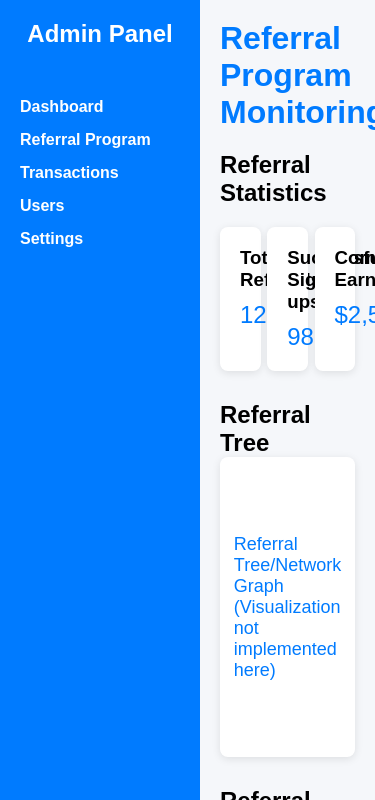
Repository: 2025silverx/slivedrX
Page: indesx3.html
An editor plug-in stored every save of this project. The page is shown before and after the next save, followed by the edit.
The browser window is 375 px wide. The pictures show the whole page.
An inner scrolling area shows only its first screen.

Above is the page before, as saved 2025-01-05 00:14:33.

### indesx3.html
<!DOCTYPE html>
<html lang="en">
<head>
    <meta charset="UTF-8">
    <meta name="viewport" content="width=device-width, initial-scale=1.0">
    <title>Referral Program Monitoring</title>
    <link rel="stylesheet" href="style3.css">
    <!-- Include Chart.js for graphs -->
    <script src="https://cdn.jsdelivr.net/npm/chart.js"></script>
</head>
<body>
    <div class="sidebar">
        <h2>Admin Panel</h2>
        <ul class="sidebar-links">
            <li><a href="#">Dashboard</a></li>
            <li><a href="#">Referral Program</a></li>
            <li><a href="#">Transactions</a></li>
            <li><a href="#">Users</a></li>
            <li><a href="#">Settings</a></li>
        </ul>
    </div>

    <div class="main-content">
        <h1>Referral Program Monitoring</h1>

        <!-- Referral Statistics Section -->
        <section class="referral-statistics">
            <h2>Referral Statistics</h2>
            <div class="statistics">
                <div class="stat-box">
                    <h3>Total Referrals</h3>
                    <p>123</p>
                </div>
                <div class="stat-box">
                    <h3>Successful Sign-ups</h3>
                    <p>98</p>
                </div>
                <div class="stat-box">
                    <h3>Commissions Earned</h3>
                    <p>$2,500</p>
                </div>
            </div>
        </section>

        <!-- Referral Tree/Network Graph -->
        <section class="referral-tree">
            <h2>Referral Tree</h2>
            <div id="networkGraph" class="network-graph">
                <!-- A simple visualization can be added with a plugin like d3.js or cytoscape.js -->
                <p>Referral Tree/Network Graph (Visualization not implemented here)</p>
            </div>
        </section>

        <!-- Referral Performance Graphs -->
        <section class="graphs">
            <h2>Referral Program Performance</h2>
            <div class="graph-container">
                <div class="graph-box">
                    <h3>Total Commissions Earned</h3>
                    <canvas id="commissionsChart"></canvas>
                </div>
                <div class="graph-box">
                    <h3>Active Referrals</h3>
                    <canvas id="referralsChart"></canvas>
                </div>
                <div class="graph-box">
                    <h3>Referral Performance Over Time</h3>
                    <canvas id="performanceChart"></canvas>
                </div>
            </div>
        </section>
    </div>

    <script src="script3.js"></script>
</body>
</html>

### style3.css
/* Reset some default styles */
* {
    margin: 0;
    padding: 0;
    box-sizing: border-box;
}

/* Body and container styles */
body {
    font-family: Arial, sans-serif;
    display: flex;
    height: 100vh;
    background-color: #f5f7fa;
}

/* Sidebar styles */
.sidebar {
    width: 250px;
    background-color: #007bff;
    color: white;
    padding: 20px;
    display: flex;
    flex-direction: column;
    position: sticky;
    top: 0;
}

.sidebar h2 {
    margin-bottom: 20px;
    text-align: center;
}

.sidebar-links {
    list-style: none;
    margin-top: 30px;
}

.sidebar-links li {
    margin-bottom: 15px;
}

.sidebar-links a {
    text-decoration: none;
    color: white;
    font-weight: bold;
}

.sidebar-links a:hover {
    color: #f0f0f0;
}

/* Main content area */
.main-content {
    flex: 1;
    padding: 30px;
    overflow-y: auto;
}

h1 {
    color: #007bff;
    margin-bottom: 20px;
}

/* Referral statistics styles */
.referral-statistics {
    margin-bottom: 30px;
}

.referral-statistics h2 {
    margin-bottom: 20px;
    font-size: 24px;
}

.statistics {
    display: flex;
    justify-content: space-between;
}

.stat-box {
    background-color: #ffffff;
    padding: 20px;
    width: 30%;
    border-radius: 8px;
    box-shadow: 0 2px 8px rgba(0, 0, 0, 0.1);
    text-align: center;
}

.stat-box h3 {
    margin-bottom: 10px;
}

.stat-box p {
    font-size: 24px;
    color: #007bff;
}

/* Referral tree/network graph styles */
.referral-tree {
    margin-bottom: 30px;
}

.network-graph {
    background-color: #ffffff;
    padding: 20px;
    border-radius: 8px;
    box-shadow: 0 2px 8px rgba(0, 0, 0, 0.1);
    height: 300px;
    display: flex;
    justify-content: center;
    align-items: center;
}

.network-graph p {
    font-size: 18px;
    color: #007bff;
}

/* Graph containers */
.graphs {
    margin-top: 30px;
}

.graph-container {
    display: flex;
    justify-content: space-between;
    gap: 30px;
}

.graph-box {
    background-color: #ffffff;
    padding: 20px;
    width: 30%;
    border-radius: 8px;
    box-shadow: 0 2px 8px rgba(0, 0, 0, 0.1);
}

.graph-box h3 {
    margin-bottom: 10px;
    font-size: 20px;
}

canvas {
    width: 100%;
    height: 200px;
}

/* Responsive styles */
@media (max-width: 768px) {
    .sidebar {
        width: 200px;
    }

    .main-content {
        padding: 20px;
    }

    .graph-container {
        flex-direction: column;
        gap: 20px;
    }

    .graph-box {
        width: 100%;
    }
}

### script3.js
// Data for the graphs
const commissionsData = {
    labels: ['January', 'February', 'March', 'April', 'May'],
    datasets: [{
        label: 'Commissions Earned',
        data: [1000, 1500, 2000, 2500, 3000],
        backgroundColor: 'rgba(0, 123, 255, 0.5)',
        borderColor: 'rgba(0, 123, 255, 1)',
        borderWidth: 1
    }]
};

const referralsData = {
    labels: ['Active Referrals', 'Inactive Referrals'],
    datasets: [{
        data: [70, 30],
        backgroundColor: ['#28a745', '#ffc107'],
        hoverBackgroundColor: ['#218838', '#e0a800']
    }]
};

const performanceData = {
    labels: ['Week 1', 'Week 2', 'Week 3', 'Week 4', 'Week 5'],
    datasets: [{
        label: 'Referral Performance',
        data: [10, 20, 30, 40, 50],
        backgroundColor: 'rgba(40, 167, 69, 0.5)',
        borderColor: 'rgba(40, 167, 69, 1)',
        borderWidth: 1
    }]
};

// Initialize the charts
window.onload = function() {
    const commissionsChart = new Chart(document.getElementById('commissionsChart'), {
        type: 'bar',
        data: commissionsData,
        options: {
            responsive: true,
            scales: {
                y: { beginAtZero: true }
            }
        }
    });

    const referralsChart = new Chart(document.getElementById('referralsChart'), {
        type: 'pie',
        data: referralsData,
        options: {
            responsive: true
        }
    });

    const performanceChart = new Chart(document.getElementById('performanceChart'), {
        type: 'line',
        data: performanceData,
        options: {
            responsive: true,
            scales: {
                y: { beginAtZero: true }
            }
        }
    });
};

After the next save:
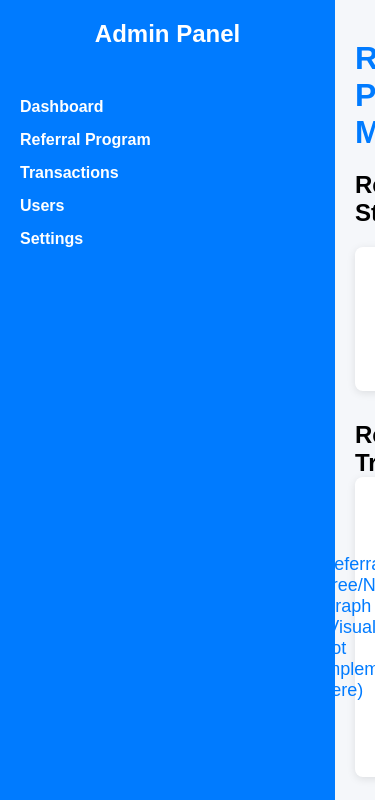
Saved 5 s later.
--- a/style3.css
+++ b/style3.css
@@ -49,6 +49,27 @@
     color: #f0f0f0;
 }
 
+/* Header / Top Navigation Bar styles */
+.header {
+    width: 100%;
+    background-color: #007bff;
+    color: white;
+    padding: 15px 30px;
+    display: flex;
+    justify-content: space-between;
+    align-items: center;
+}
+
+.header-left h2 {
+    margin: 0;
+}
+
+.header-right .search-bar {
+    padding: 8px;
+    font-size: 14px;
+    border-radius: 5px;
+}
+
 /* Main content area */
 .main-content {
     flex: 1;
@@ -61,6 +82,56 @@
     margin-bottom: 20px;
 }
 
+/* Filters and Form Controls */
+.filters {
+    margin-bottom: 20px;
+}
+
+.filters label {
+    margin-right: 10px;
+}
+
+.filters input,
+.filters select {
+    padding: 8px;
+    margin-right: 20px;
+    border-radius: 5px;
+    border: 1px solid #ccc;
+}
+
+/* Table styles */
+table {
+    width: 100%;
+    border-collapse: collapse;
+    margin-top: 20px;
+}
+
+th, td {
+    padding: 15px;
+    text-align: left;
+}
+
+th {
+    background-color: #007bff;
+    color: white;
+}
+
+td {
+    background-color: #f5f7fa;
+}
+
+td.pending {
+    background-color: #fff3cd;
+}
+
+td.completed {
+    background-color: #d4edda;
+}
+
+td.failed {
+    background-color: #f8d7da;
+}
+
 /* Referral statistics styles */
 .referral-statistics {
     margin-bottom: 30px;
@@ -144,6 +215,43 @@
     height: 200px;
 }
 
+/* Action buttons styles */
+.action-btn {
+    padding: 6px 12px;
+    border: none;
+    cursor: pointer;
+    border-radius: 5px;
+    margin-right: 5px;
+    font-weight: bold;
+}
+
+.action-btn.view {
+    background-color: #28a745;
+    color: white;
+}
+
+.action-btn.view:hover {
+    background-color: #218838;
+}
+
+.action-btn.block {
+    background-color: #dc3545;
+    color: white;
+}
+
+.action-btn.block:hover {
+    background-color: #c82333;
+}
+
+.action-btn.edit {
+    background-color: #ffc107;
+    color: white;
+}
+
+.action-btn.edit:hover {
+    background-color: #e0a800;
+}
+
 /* Responsive styles */
 @media (max-width: 768px) {
     .sidebar {
@@ -162,4 +270,27 @@
     .graph-box {
         width: 100%;
     }
-}
+
+    table {
+        font-size: 14px;
+    }
+
+    th, td {
+        padding: 10px;
+    }
+}
+
+@media (max-width: 480px) {
+    .sidebar {
+        width: 100%;
+        position: static;
+    }
+
+    .main-content {
+        margin-top: 20px;
+    }
+
+    table {
+        font-size: 12px;
+    }
+}

After the save that followed:
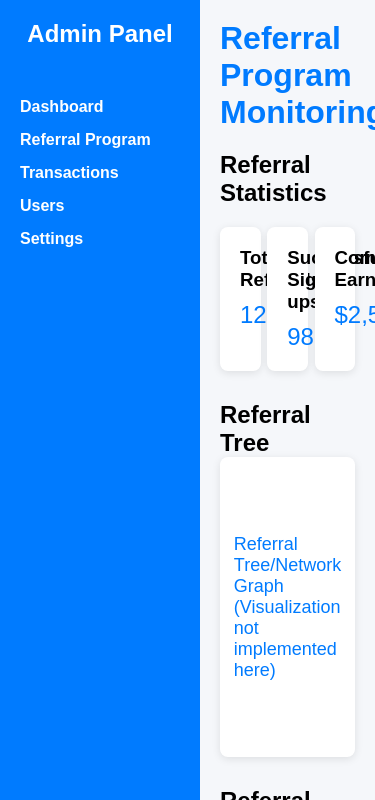
Saved 37 s later.
--- a/style3.css
+++ b/style3.css
@@ -49,27 +49,6 @@
     color: #f0f0f0;
 }
 
-/* Header / Top Navigation Bar styles */
-.header {
-    width: 100%;
-    background-color: #007bff;
-    color: white;
-    padding: 15px 30px;
-    display: flex;
-    justify-content: space-between;
-    align-items: center;
-}
-
-.header-left h2 {
-    margin: 0;
-}
-
-.header-right .search-bar {
-    padding: 8px;
-    font-size: 14px;
-    border-radius: 5px;
-}
-
 /* Main content area */
 .main-content {
     flex: 1;
@@ -80,56 +59,6 @@
 h1 {
     color: #007bff;
     margin-bottom: 20px;
-}
-
-/* Filters and Form Controls */
-.filters {
-    margin-bottom: 20px;
-}
-
-.filters label {
-    margin-right: 10px;
-}
-
-.filters input,
-.filters select {
-    padding: 8px;
-    margin-right: 20px;
-    border-radius: 5px;
-    border: 1px solid #ccc;
-}
-
-/* Table styles */
-table {
-    width: 100%;
-    border-collapse: collapse;
-    margin-top: 20px;
-}
-
-th, td {
-    padding: 15px;
-    text-align: left;
-}
-
-th {
-    background-color: #007bff;
-    color: white;
-}
-
-td {
-    background-color: #f5f7fa;
-}
-
-td.pending {
-    background-color: #fff3cd;
-}
-
-td.completed {
-    background-color: #d4edda;
-}
-
-td.failed {
-    background-color: #f8d7da;
 }
 
 /* Referral statistics styles */
@@ -215,43 +144,6 @@
     height: 200px;
 }
 
-/* Action buttons styles */
-.action-btn {
-    padding: 6px 12px;
-    border: none;
-    cursor: pointer;
-    border-radius: 5px;
-    margin-right: 5px;
-    font-weight: bold;
-}
-
-.action-btn.view {
-    background-color: #28a745;
-    color: white;
-}
-
-.action-btn.view:hover {
-    background-color: #218838;
-}
-
-.action-btn.block {
-    background-color: #dc3545;
-    color: white;
-}
-
-.action-btn.block:hover {
-    background-color: #c82333;
-}
-
-.action-btn.edit {
-    background-color: #ffc107;
-    color: white;
-}
-
-.action-btn.edit:hover {
-    background-color: #e0a800;
-}
-
 /* Responsive styles */
 @media (max-width: 768px) {
     .sidebar {
@@ -270,27 +162,4 @@
     .graph-box {
         width: 100%;
     }
-
-    table {
-        font-size: 14px;
-    }
-
-    th, td {
-        padding: 10px;
-    }
 }
-
-@media (max-width: 480px) {
-    .sidebar {
-        width: 100%;
-        position: static;
-    }
-
-    .main-content {
-        margin-top: 20px;
-    }
-
-    table {
-        font-size: 12px;
-    }
-}
